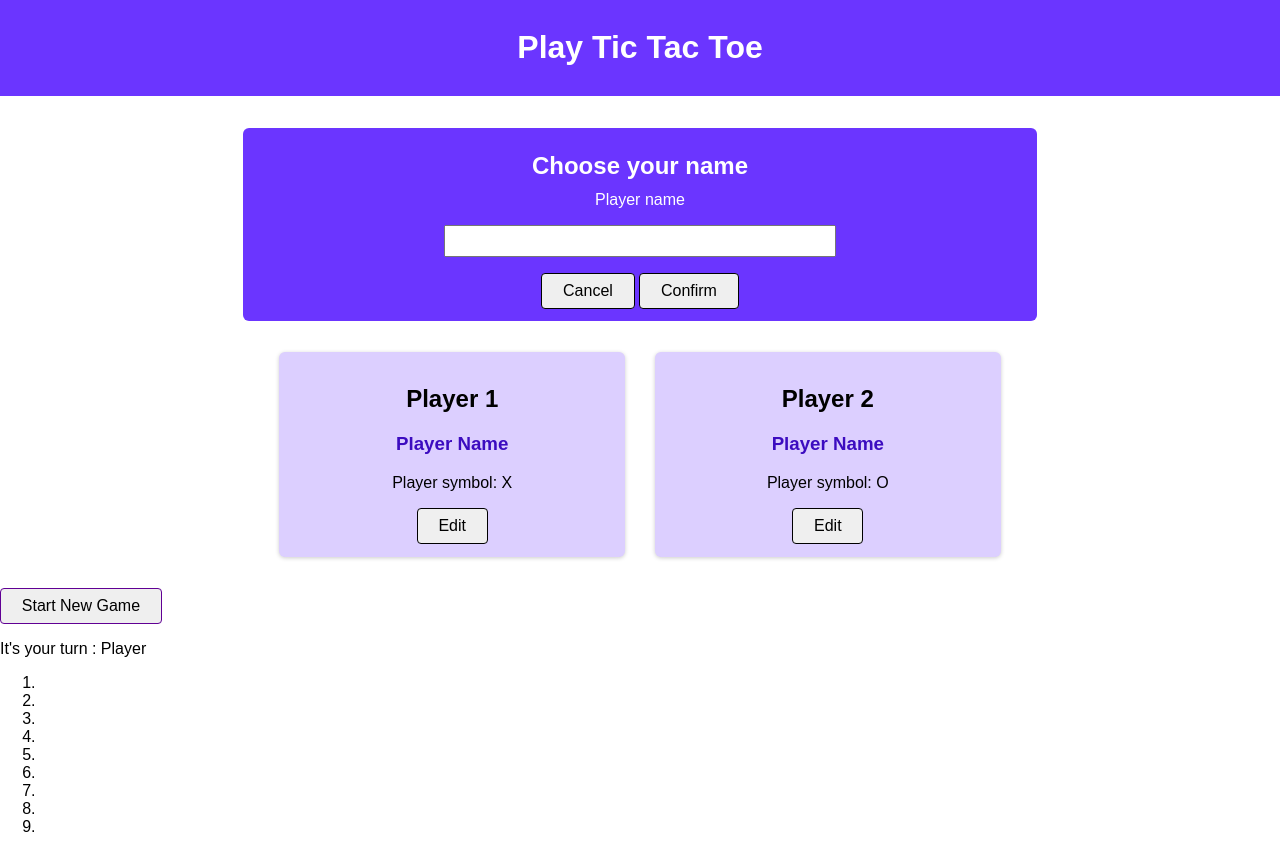
Repository: Harjot00/Wevdev
Page: Tic tac toe/index.html
These files come from the project's save history. The page is drawn as it stood at one moment and after a run of saves; the edit follows.
The browser window is 1280 px wide. The pictures show the whole page.
Some web fonts or font styles are not loaded; a fallback is used.

Above is the page before, as saved 2022-05-21 00:42:42.

### Tic tac toe/index.html
<!DOCTYPE html>
<html lang="en">
<head>
    <meta charset="UTF-8">
    <meta http-equiv="X-UA-Compatible" content="IE=edge">
    <meta name="viewport" content="width=device-width, initial-scale=1.0">
    <link rel="stylesheet" href="styles.css">
    <link href="https://fonts.googleapis.com/css2?family=Roboto:wght@100&family=Send+Flowers&display=swap" rel="stylesheet">
    <title>Tic Tac Toe</title>

</head>
<body>
    <header>
        <h1>Play Tic Tac Toe</h1>

    </header>
    <main>
        <aside>
            <h2>Choose your name</h2>
            <form >
                <div>
                    <label for = "playername">Player name</label>
                    <input type="text" name="username" id="username"/>

                </div>
                <div >
                    <button class="btn-class" type="button"> Cancel</button>
                    <button class="btn-class" type="submit">Confirm</button>
                </div>
            </form>
        </aside>
        <div id="gamestyle">
            <ol>
                <li>
                    <h2>Player 1</h2>
                    <h3>Player Name</h3>
                    <p>Player symbol: X</p>
                    <button class="btn-class">Edit</button>
                </li>
                <li>
                    <h2>Player 2</h2>
                    <h3>Player Name</h3>
                    <p>Player symbol: O</p>
                    <button class="btn-class">Edit</button>
                </li>
            </ol>
            <button id="start-btn">Start New Game</button>
        </div>
         <section id="active-game">
             <p>It's your turn : Player</p>
             <ol>
                 <li></li>
                 <li></li>
                 <li></li>
                 <li></li>
                 <li></li>
                 <li></li>
                 <li></li>
                 <li></li>
                 <li></li>
             </ol>
         </section>
    </main>

</body>
</html>

### Tic tac toe/styles.css
@import url('https://fonts.googleapis.com/css2?family=Roboto:wght@100&family=Send+Flowers&display=swap');
body{
    font-family: 'Montserrat', sans-serif;
    margin: 0;
    padding: 0;
}
header{
    background-color: #6b35ff;
    margin:0 0 2rem 0;
    padding: 0.5rem 0;
    color:white;
    text-align: center;
}
aside {
    text-align: center;
    margin:1rem auto;
    width:60vw;
    color:white;
    padding:0.8rem;
    background-color:#6b35ff;
    overflow: wrapped;
    border-radius: 6px;
}
aside h2{
    margin:0.7rem 0;
}
aside input {
    display:block;
    margin:1rem auto;
    height:1.6rem;
    width:50%;
}
.btn-class{
    padding:0.5rem 1.3rem;
    font-size:1rem;
    border:1px solid black;
    border-radius: 4px;
}

#btn-div button:hover{
    background-color: #895eff;
    color:white;
    border-color: #441daf;
    cursor: pointer;
}
#gamestyle ol{
    display:flex;
    list-style: none;
    padding:0px;
    justify-content: center;
}
#gamestyle li{
    padding:0.8rem;
    margin: 15px;
    width:25%;
    background-color: #dccfff;
    text-align:center;
    border-radius: 6px;
    box-shadow: rgba(0, 0, 0, 0.2) 0px 1px 4px;

}
#gamestyle li h3{
    color:#3c0cc0;
}
#start-btn{
    padding:0.5rem 1.3rem;
    font-size:1rem;
    border:1px solid rgb(96, 0, 148);
    border-radius: 4px;
}

After the next 2 saves:
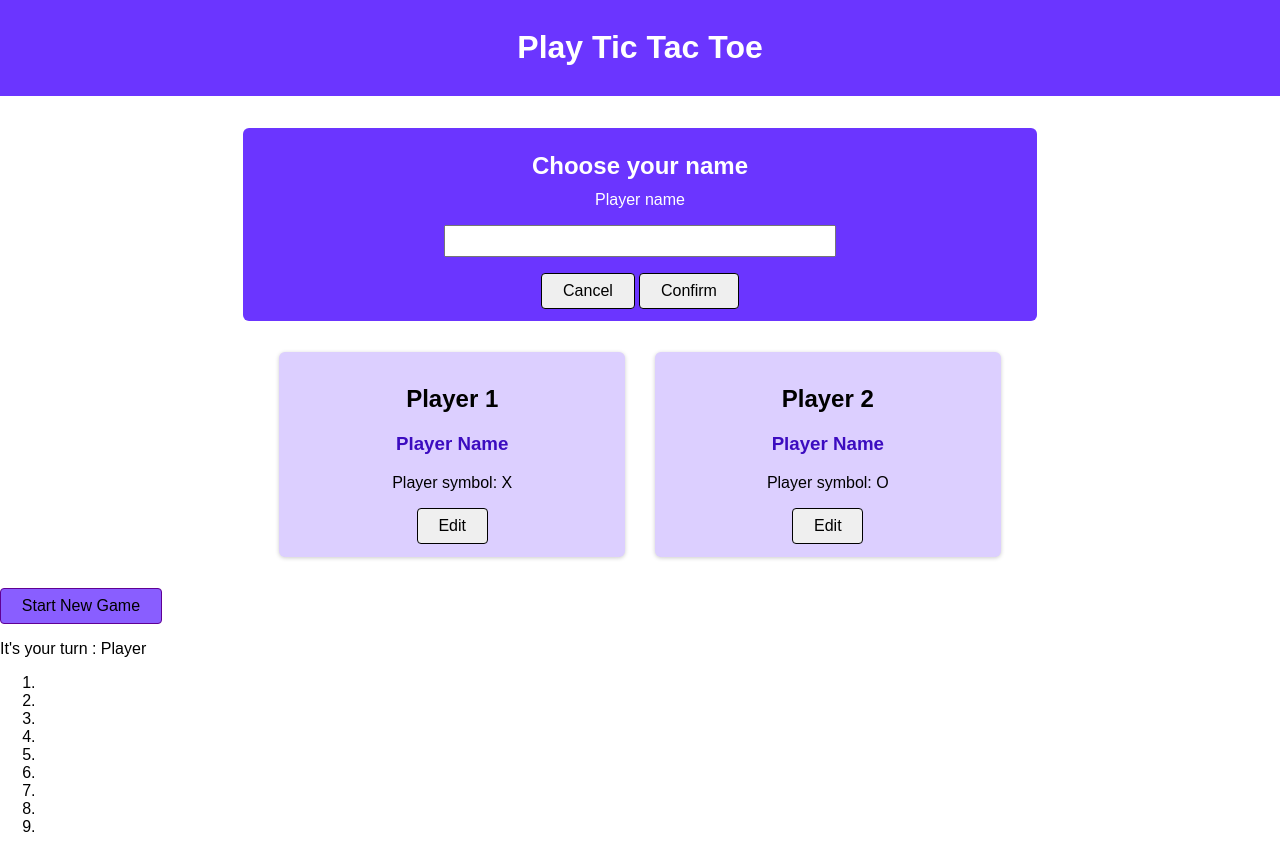
The 2 saves are shown as one change because they came seconds apart.
The last was saved 16 s later.
--- a/Tic tac toe/styles.css
+++ b/Tic tac toe/styles.css
@@ -67,4 +67,5 @@ aside input {
     font-size:1rem;
     border:1px solid rgb(96, 0, 148);
     border-radius: 4px;
+    background-color:#895eff;
 }
